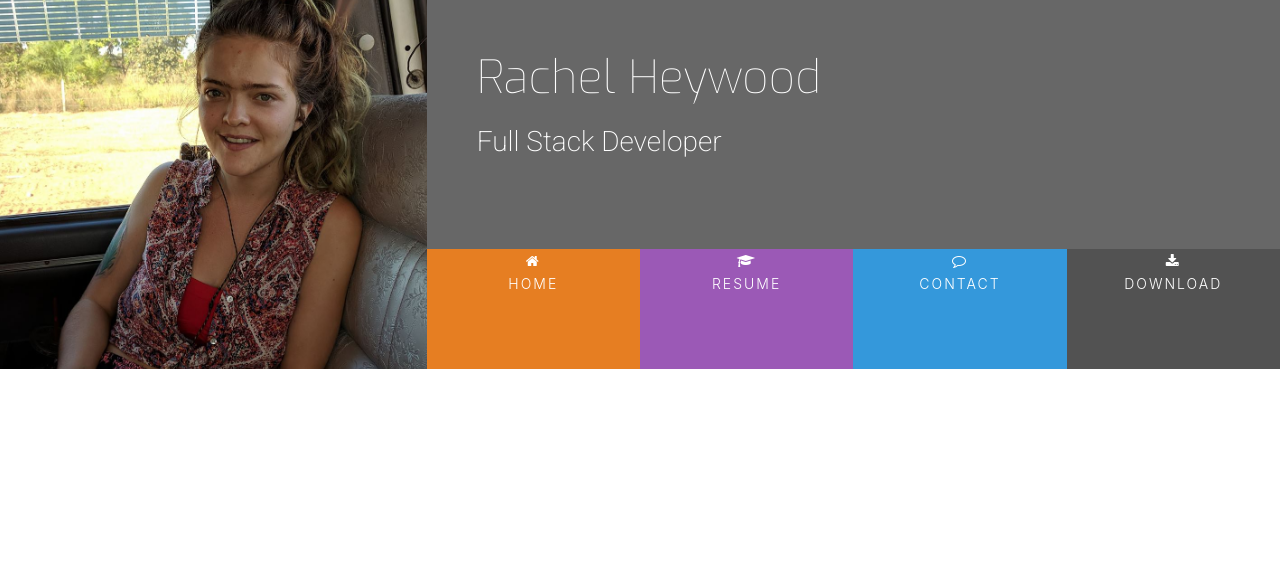
Repository: Heywood93/resume
Page: index.html
The author's editor kept a record of every edit. The page is drawn from the files as they stood at one moment, then again after the next edit.
The browser window is 1280 px wide. The pictures show the whole page.

Above is the page before.

After the next edit:
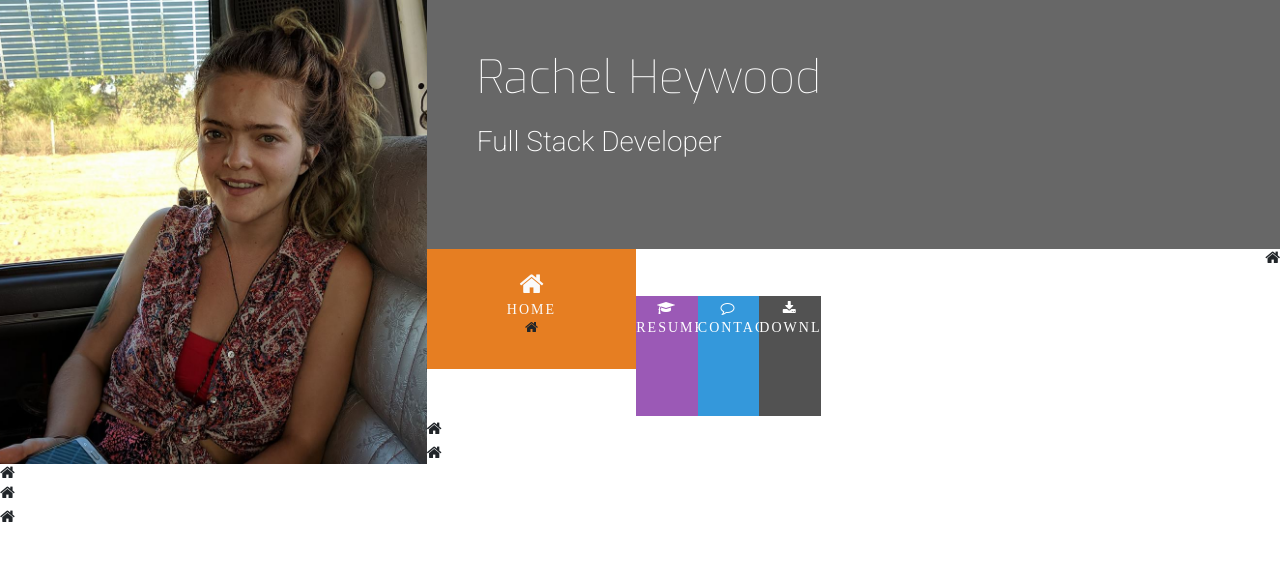
The edit:
--- a/index.html
+++ b/index.html
@@ -26,7 +26,7 @@
                     <div class="col">
                         <ul id="nav" class="list-inline menucontainer">
                             <li class="col-6 col-sm-3 ui-menu-color-home list-inline-item menuitem">
-                                <a href="#"><span class="fa fa-home" aria-hidden="true"></span><span>Home</span></a>
+                                <a href="#"><i class="fa fa-home" aria-hidden="true"></span><span>Home</span></a>
                             </li>
                             <li class="col-6 col-sm-3 ui-menu-color-resume list-inline-item menuitem">
                                 <a href="#"><span class="fa fa-graduation-cap" aria-hidden="true"></span><span>Resume</span></a>
